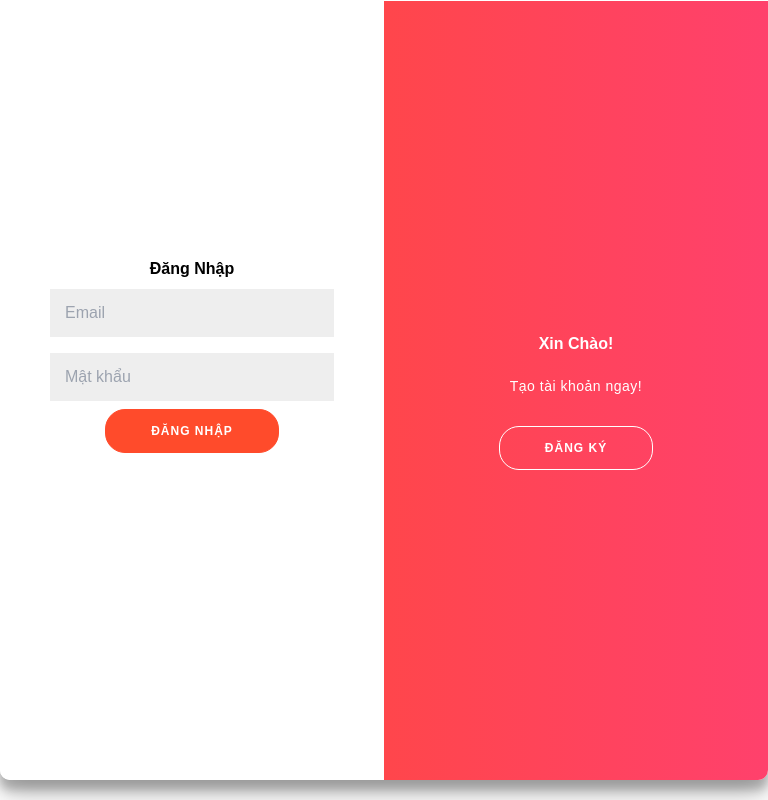
Repository: BlackWolf2002/project_airbn_react
Page: /
An editor plug-in stored every save of this project. The page is shown before and after the next save, followed by the edit.
The browser window is 768 px wide. The pictures show the whole page.
The project was rebuilt for these pictures with package versions that can differ from the ones it lists, and the page was loaded fresh each time. Also part of the build but not shown: vite.config.js.

Above is the page before, as saved 2025-02-04 23:58:56.

### src/App.jsx
// import React from 'react';
// import { Header } from './Header';
// import Card from './Card';
// import ViTriView from './models/vitriview';

// function App() {
//   const viTri = new ViTriView(1, 'Sài Gòn (TP.HCM)', 'Hồ Chí Minh', 'Việt Nam', 'https://vietnambooking.com/wp-content/uploads/2017/01/du-lich-sai-gon-1.jpg');

//   return (
//     <>
//       <div>
//         <Header />
//         <div>
//           <Card viTri={viTri} />
//         </div>
//       </div>
//     </>
//   );
// }

// export default App;

import React from "react";
import Login from "./components/Login";

function App() {
    return (
        <div>
            <Login />
        </div>
    );
}

export default App;

### src/components/Login.jsx
import React, { useState } from "react";
import { login, register } from "../api/authService";
import "../style/Login.css";

const Login = () => {
    const [formData, setFormData] = useState({
        email: "",
        password: "",
        name: "",
        phone: "",
        birthday: "",
        gender: true,
    });
    const [isLogin, setIsLogin] = useState(true);
    const [message, setMessage] = useState("");

    const handleChange = (e) => {
        setFormData({ ...formData, [e.target.name]: e.target.value });
    };

    const handleSubmit = async (e) => {
        e.preventDefault();
        try {
            if (isLogin) {
                const data = await login(formData.email, formData.password);
                localStorage.setItem("token", data.token);
                setMessage("Đăng nhập thành công!");
            } else {
                await register(formData);
                setMessage("Đăng ký thành công! Hãy đăng nhập.");
                setIsLogin(true);
            }
        } catch (error) {
            setMessage(error.message || "Có lỗi xảy ra!");
        }
    };

    return (
        <div className="container-login">
            <div
                className={`form-container ${
                    isLogin ? "sign-in-container" : "sign-up-container"
                }`}
            >
                <form onSubmit={handleSubmit}>
                    <h1>{isLogin ? "Đăng Nhập" : "Đăng Ký"}</h1>
                    {!isLogin && (
                        <>
                            <input
                                type="text"
                                name="name"
                                placeholder="Tên"
                                onChange={handleChange}
                                required
                            />
                            <input
                                type="text"
                                name="phone"
                                placeholder="Số điện thoại"
                                onChange={handleChange}
                                required
                            />
                            <input
                                type="date"
                                name="birthday"
                                onChange={handleChange}
                                required
                            />
                            <select name="gender" onChange={handleChange}>
                                <option value={true}>Nam</option>
                                <option value={false}>Nữ</option>
                            </select>
                        </>
                    )}
                    <input
                        type="email"
                        name="email"
                        placeholder="Email"
                        onChange={handleChange}
                        required
                    />
                    <input
                        type="password"
                        name="password"
                        placeholder="Mật khẩu"
                        onChange={handleChange}
                        required
                    />
                    <button type="submit">
                        {isLogin ? "Đăng Nhập" : "Đăng Ký"}
                    </button>
                    <p className="message">{message}</p>
                </form>
            </div>

            <div className="overlay-container">
                <div className="overlay">
                    <div className="overlay-panel overlay-left">
                        <h1>Chào Mừng Trở Lại!</h1>
                        <p>Để tiếp tục, hãy đăng nhập</p>
                        <button
                            className="ghost"
                            onClick={() => setIsLogin(true)}
                        >
                            Đăng Nhập
                        </button>
                    </div>
                    <div className="overlay-panel overlay-right">
                        <h1>Xin Chào!</h1>
                        <p>Tạo tài khoản ngay!</p>
                        <button
                            className="ghost"
                            onClick={() => setIsLogin(false)}
                        >
                            Đăng Ký
                        </button>
                    </div>
                </div>
            </div>
        </div>
    );
};

export default Login;

### src/api/authService.js
import axios from "axios";

const API_URL = "https://airbnbnew.cybersoft.edu.vn/api/auth";

// Hàm đăng nhập
export const login = async (email, password) => {
    try {
        const response = await axios.post(`${API_URL}/signin`, {
            email,
            password,
        });
        return response.data; // Trả về dữ liệu người dùng và token
    } catch (error) {
        throw error.response ? error.response.data : error;
    }
};

// Hàm đăng ký
export const register = async (userData) => {
    try {
        const response = await axios.post(`${API_URL}/signup`, userData);
        return response.data; //Trả về thông tin đăng ký thành công
    } catch (error) {
        throw error.response ? error.response.data : error;
    }
};

### src/style/Login.css
.container-login {
    background-color: #fff;
    border-radius: 10px;
    box-shadow: 0 14px 28px rgba(0, 0, 0, 0.25), 0 10px 10px rgba(0, 0, 0, 0.22);
    position: relative;
    overflow: hidden;
    max-width: 100%;
    min-height: 480px;
    font-family: "Montserrat", sans-serif;
    height: 100vh;
    margin: -20px 0;
}

.container-login h1 {
    font-weight: bold;
    margin: 0;
}

.container-login h2 {
    text-align: center;
}

.container-login p {
    font-size: 14px;
    font-weight: 100;
    line-height: 20px;
    letter-spacing: 0.5px;
    margin: 20px 0 30px;
}

.container-login span {
    font-size: 12px;
}

.container-login a {
    color: #333;
    font-size: 14px;
    text-decoration: none;
    margin: 15px 0;
}

.container-login button {
    border-radius: 20px;
    border: 1px solid #ff4b2b;
    background-color: #ff4b2b;
    color: #ffffff;
    font-size: 12px;
    font-weight: bold;
    padding: 12px 45px;
    letter-spacing: 1px;
    text-transform: uppercase;
    transition: transform 80ms ease-in;
}

.container-login button:active {
    transform: scale(0.95);
}

.container-login button:focus {
    outline: none;
}

.container-login button.ghost {
    background-color: transparent;
    border-color: #ffffff;
}

.container-login form {
    background-color: #ffffff;
    display: flex;
    align-items: center;
    justify-content: center;
    flex-direction: column;
    padding: 0 50px;
    height: 100%;
    text-align: center;
}

.container-login input {
    background-color: #eee;
    border: none;
    padding: 12px 15px;
    margin: 8px 0;
    width: 100%;
}

.container-login .form-container {
    position: absolute;
    top: 0;
    height: 100%;
    transition: all 0.6s ease-in-out;
}

.sign-in-container {
    left: 0;
    width: 50%;
    z-index: 2;
}

.container-login.right-panel-active .sign-in-container {
    transform: translateX(100%);
}

.sign-up-container {
    left: 0;
    width: 50%;
    opacity: 0;
    /* z-index: 1; */
}

.container-login.right-panel-active .sign-up-container {
    transform: translateX(100%);
    opacity: 1;
    z-index: 5;
    animation: show 0.6s;
}

@keyframes show {
    0%,
    49.99% {
        opacity: 0;
        z-index: 1;
    }

    50%,
    100% {
        opacity: 1;
        z-index: 5;
    }
}

.overlay-container {
    position: absolute;
    top: 21px;
    left: 50%;
    width: 50%;
    height: 100%;
    overflow: hidden;
    transition: transform 0.6s ease-in-out;
    z-index: 100;
}

.container-login.right-panel-active .overlay-container {
    transform: translateX(-100%);
}

.overlay {
    background: #ff416c;
    background: -webkit-linear-gradient(to right, #ff4b2b, #ff416c);
    background: linear-gradient(to right, #ff4b2b, #ff416c);
    background-repeat: no-repeat;
    background-size: cover;
    background-position: 0 0;
    color: #ffffff;
    position: relative;
    left: -100%;
    height: 100%;
    width: 200%;
    transform: translateX(0);
    transition: transform 0.6s ease-in-out;
}

.container-login.right-panel-active .overlay {
    transform: translateX(50%);
}

.overlay-panel {
    position: absolute;
    display: flex;
    align-items: center;
    justify-content: center;
    flex-direction: column;
    padding: 0 40px;
    text-align: center;
    top: 0;
    height: 100%;
    width: 50%;
    transform: translateX(0);
    transition: transform 0.6s ease-in-out;
}

.overlay-left {
    transform: translateX(-20%);
}

.container-login.right-panel-active .overlay-left {
    transform: translateX(0);
}

.overlay-right {
    right: 0;
    transform: translateX(0);
}

.container-login.right-panel-active .overlay-right {
    transform: translateX(20%);
}

.container-login .social-container {
    margin: 20px 0;
}

### tailwind.config.js
/** @type {import('tailwindcss').Config} */
export default {
  content: ["./src/**/*.{js,jsx,ts,tsx}"],
  theme: {
      extend: {},
  },
  plugins: [],
};

Loaded but not shown: index.html (common file); src/main.jsx (common file); src/index.css (common file)

After the next save:
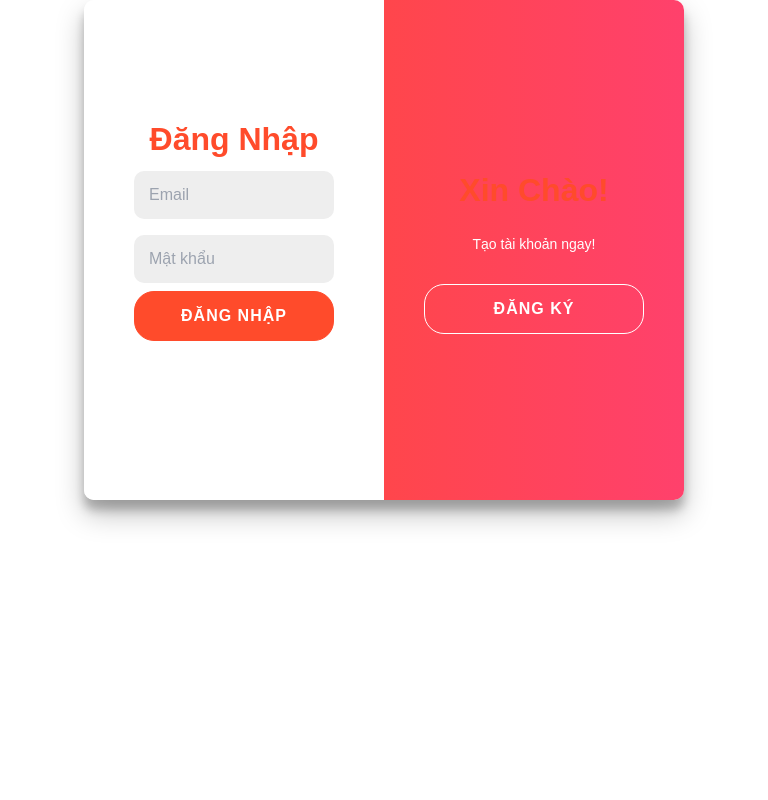
Saved 2 min 7 s later.
--- a/src/style/Login.css
+++ b/src/style/Login.css
@@ -1,42 +1,55 @@
+/* Cải tiến giao diện với CSS */
 .container-login {
     background-color: #fff;
     border-radius: 10px;
     box-shadow: 0 14px 28px rgba(0, 0, 0, 0.25), 0 10px 10px rgba(0, 0, 0, 0.22);
     position: relative;
     overflow: hidden;
-    max-width: 100%;
-    min-height: 480px;
+    width: 100%;
+    max-width: 600px;
+    min-height: 500px; /* Đảm bảo chiều cao tối thiểu */
+    display: flex;
+    justify-content: center;
+    align-items: center;
+    padding: 30px;
     font-family: "Montserrat", sans-serif;
-    height: 100vh;
-    margin: -20px 0;
+    color: #fff;
+    margin: auto;
 }
 
 .container-login h1 {
     font-weight: bold;
     margin: 0;
+    font-size: 2.5rem;
+    color: #ff4b2b;
+    text-align: center;
 }
 
 .container-login h2 {
     text-align: center;
+    margin: 0;
 }
 
 .container-login p {
     font-size: 14px;
     font-weight: 100;
     line-height: 20px;
-    letter-spacing: 0.5px;
     margin: 20px 0 30px;
 }
 
-.container-login span {
-    font-size: 12px;
-}
-
-.container-login a {
-    color: #333;
-    font-size: 14px;
-    text-decoration: none;
-    margin: 15px 0;
+.container-login input {
+    background-color: #eee;
+    border: none;
+    padding: 12px 15px;
+    margin: 8px 0;
+    width: 100%;
+    border-radius: 10px;
+    font-size: 1rem;
+}
+
+.container-login input:focus {
+    outline: none;
+    box-shadow: 0 0 8px rgba(0, 0, 255, 0.4);
 }
 
 .container-login button {
@@ -50,6 +63,7 @@
     letter-spacing: 1px;
     text-transform: uppercase;
     transition: transform 80ms ease-in;
+    width: 100%;
 }
 
 .container-login button:active {
@@ -74,13 +88,6 @@
     padding: 0 50px;
     height: 100%;
     text-align: center;
-}
-
-.container-login input {
-    background-color: #eee;
-    border: none;
-    padding: 12px 15px;
-    margin: 8px 0;
     width: 100%;
 }
 
@@ -105,7 +112,6 @@
     left: 0;
     width: 50%;
     opacity: 0;
-    /* z-index: 1; */
 }
 
 .container-login.right-panel-active .sign-up-container {
@@ -131,7 +137,7 @@
 
 .overlay-container {
     position: absolute;
-    top: 21px;
+    top: 0;
     left: 50%;
     width: 50%;
     height: 100%;
@@ -145,18 +151,12 @@
 }
 
 .overlay {
-    background: #ff416c;
-    background: -webkit-linear-gradient(to right, #ff4b2b, #ff416c);
     background: linear-gradient(to right, #ff4b2b, #ff416c);
-    background-repeat: no-repeat;
-    background-size: cover;
-    background-position: 0 0;
     color: #ffffff;
     position: relative;
     left: -100%;
     height: 100%;
     width: 200%;
-    transform: translateX(0);
     transition: transform 0.6s ease-in-out;
 }
 
@@ -199,3 +199,41 @@
 .container-login .social-container {
     margin: 20px 0;
 }
+
+.container-login .social-container a {
+    border: 1px solid #dddddd;
+    border-radius: 50%;
+    display: inline-flex;
+    justify-content: center;
+    align-items: center;
+    margin: 0 5px;
+    height: 40px;
+    width: 40px;
+}
+
+.container-login .message {
+    font-size: 1rem;
+    color: red;
+    margin-top: 15px;
+}
+
+/* Mobile Responsiveness */
+@media (max-width: 768px) {
+    .container-login {
+        width: 100%;
+        height: auto;
+        padding: 20px;
+    }
+
+    .container-login h1 {
+        font-size: 2rem;
+    }
+
+    .container-login button {
+        font-size: 1rem;
+    }
+
+    .overlay-panel {
+        font-size: 0.9rem;
+    }
+}

After the save that followed:
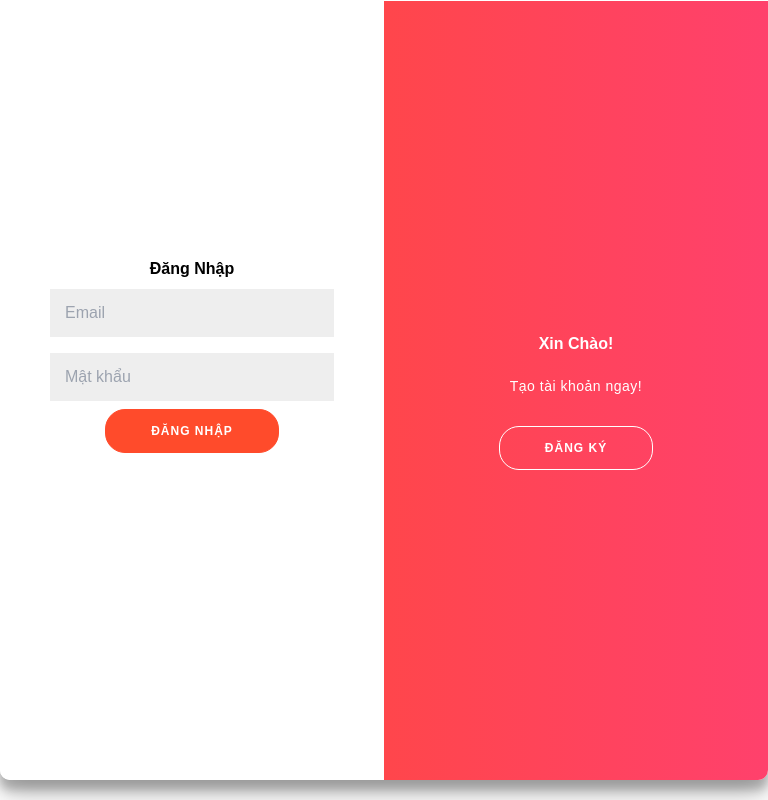
Saved 10 s later.
--- a/src/style/Login.css
+++ b/src/style/Login.css
@@ -1,55 +1,42 @@
-/* Cải tiến giao diện với CSS */
 .container-login {
     background-color: #fff;
     border-radius: 10px;
     box-shadow: 0 14px 28px rgba(0, 0, 0, 0.25), 0 10px 10px rgba(0, 0, 0, 0.22);
     position: relative;
     overflow: hidden;
-    width: 100%;
-    max-width: 600px;
-    min-height: 500px; /* Đảm bảo chiều cao tối thiểu */
-    display: flex;
-    justify-content: center;
-    align-items: center;
-    padding: 30px;
+    max-width: 100%;
+    min-height: 480px;
     font-family: "Montserrat", sans-serif;
-    color: #fff;
-    margin: auto;
+    height: 100vh;
+    margin: -20px 0;
 }
 
 .container-login h1 {
     font-weight: bold;
     margin: 0;
-    font-size: 2.5rem;
-    color: #ff4b2b;
-    text-align: center;
 }
 
 .container-login h2 {
     text-align: center;
-    margin: 0;
 }
 
 .container-login p {
     font-size: 14px;
     font-weight: 100;
     line-height: 20px;
+    letter-spacing: 0.5px;
     margin: 20px 0 30px;
 }
 
-.container-login input {
-    background-color: #eee;
-    border: none;
-    padding: 12px 15px;
-    margin: 8px 0;
-    width: 100%;
-    border-radius: 10px;
-    font-size: 1rem;
-}
-
-.container-login input:focus {
-    outline: none;
-    box-shadow: 0 0 8px rgba(0, 0, 255, 0.4);
+.container-login span {
+    font-size: 12px;
+}
+
+.container-login a {
+    color: #333;
+    font-size: 14px;
+    text-decoration: none;
+    margin: 15px 0;
 }
 
 .container-login button {
@@ -63,7 +50,6 @@
     letter-spacing: 1px;
     text-transform: uppercase;
     transition: transform 80ms ease-in;
-    width: 100%;
 }
 
 .container-login button:active {
@@ -88,6 +74,13 @@
     padding: 0 50px;
     height: 100%;
     text-align: center;
+}
+
+.container-login input {
+    background-color: #eee;
+    border: none;
+    padding: 12px 15px;
+    margin: 8px 0;
     width: 100%;
 }
 
@@ -112,6 +105,7 @@
     left: 0;
     width: 50%;
     opacity: 0;
+    /* z-index: 1; */
 }
 
 .container-login.right-panel-active .sign-up-container {
@@ -137,7 +131,7 @@
 
 .overlay-container {
     position: absolute;
-    top: 0;
+    top: 21px;
     left: 50%;
     width: 50%;
     height: 100%;
@@ -151,12 +145,18 @@
 }
 
 .overlay {
+    background: #ff416c;
+    background: -webkit-linear-gradient(to right, #ff4b2b, #ff416c);
     background: linear-gradient(to right, #ff4b2b, #ff416c);
+    background-repeat: no-repeat;
+    background-size: cover;
+    background-position: 0 0;
     color: #ffffff;
     position: relative;
     left: -100%;
     height: 100%;
     width: 200%;
+    transform: translateX(0);
     transition: transform 0.6s ease-in-out;
 }
 
@@ -199,41 +199,3 @@
 .container-login .social-container {
     margin: 20px 0;
 }
-
-.container-login .social-container a {
-    border: 1px solid #dddddd;
-    border-radius: 50%;
-    display: inline-flex;
-    justify-content: center;
-    align-items: center;
-    margin: 0 5px;
-    height: 40px;
-    width: 40px;
-}
-
-.container-login .message {
-    font-size: 1rem;
-    color: red;
-    margin-top: 15px;
-}
-
-/* Mobile Responsiveness */
-@media (max-width: 768px) {
-    .container-login {
-        width: 100%;
-        height: auto;
-        padding: 20px;
-    }
-
-    .container-login h1 {
-        font-size: 2rem;
-    }
-
-    .container-login button {
-        font-size: 1rem;
-    }
-
-    .overlay-panel {
-        font-size: 0.9rem;
-    }
-}
